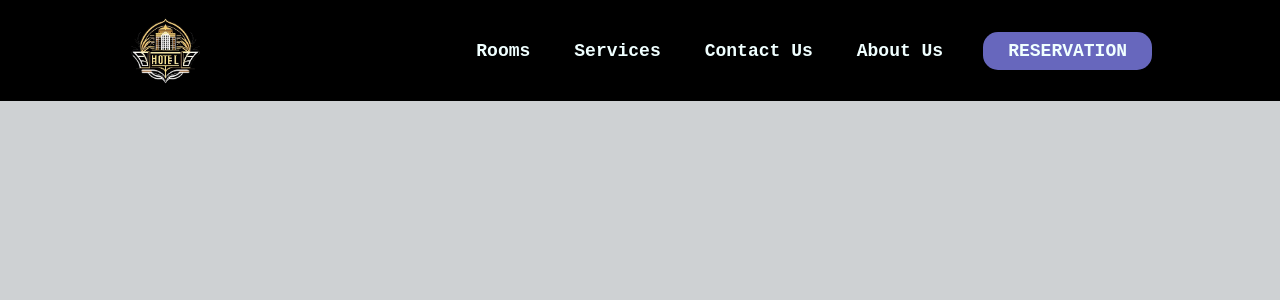
Repository: DhananjayaLakshan/Uom-Web_Design_For_Beginners
Page: Final Assignment/index.html
The author's editor kept a copy of each file at every save. The page is drawn from the files as they stood at one save, then again after the next save.
The browser window is 1280 px wide. The pictures show the whole page.

Above is the page before, as saved 2023-11-29 14:12:28.

After the next save:
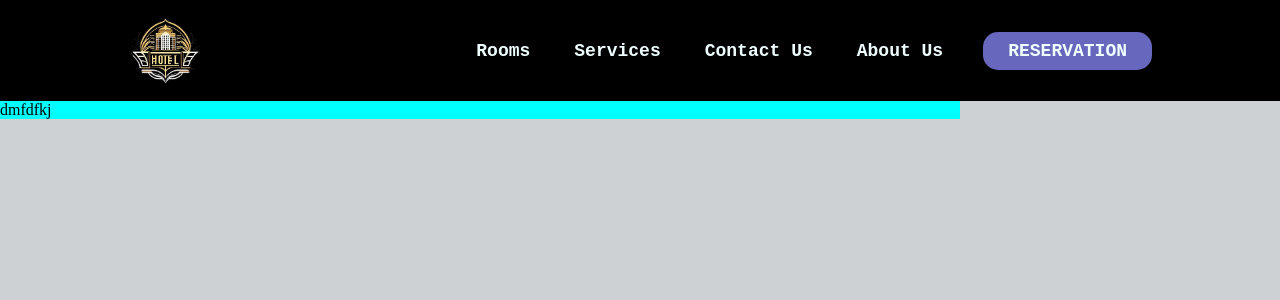
Saved 11 s later.
--- a/Final Assignment/index.html
+++ b/Final Assignment/index.html
@@ -37,6 +37,7 @@
     </header>
 
     <div class="cover">
+        dmfdfkj
     </div>
 
 </body>
